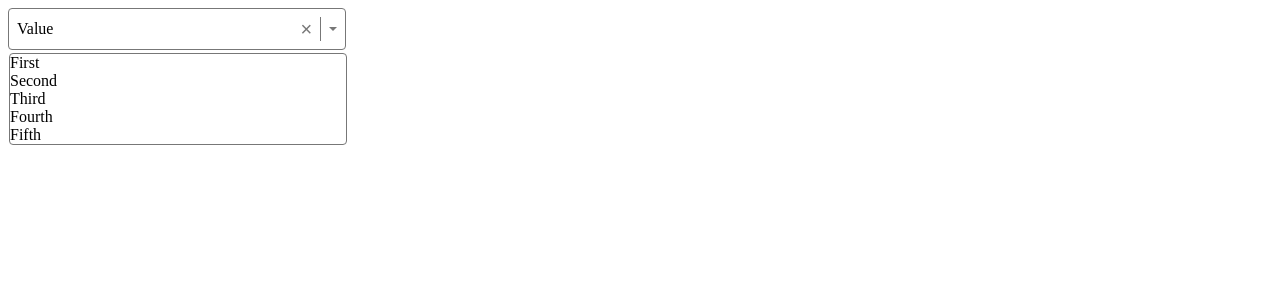
Repository: csabbah/ts-react-custom-select
Page: /
These files come from the project's save history. The page is drawn as it stood at one moment and after the next save; the edit follows.
The browser window is 1280 px wide. The pictures show the whole page.
The project was rebuilt for these pictures with package versions that can differ from the ones it lists, and the page was loaded fresh each time. Also part of the build but not shown: vite.config.ts.

Above is the page before, as saved 2022-12-24 12:01:43.

After the next save:
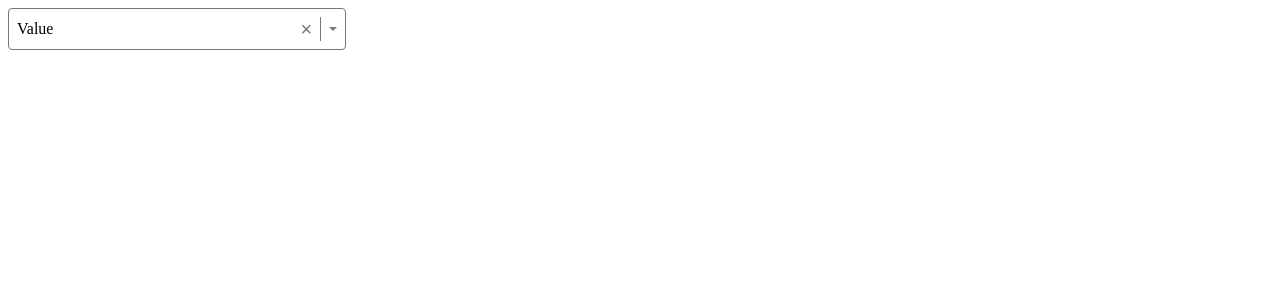
Saved 13 s later.
--- a/src/Select.tsx
+++ b/src/Select.tsx
@@ -19,12 +19,9 @@
         <button className={styles["clear-btn"]}>&times;</button>
         <div className={styles.divider}></div>
         <div className={styles.caret}></div>
-        <ul className={`${styles.options} ${styles.show}`}>
+        <ul className={styles.options}>
           {options.map((option) => (
-            <li
-              key={option.label}
-              className={`${styles.option} ${styles.show}`}
-            >
+            <li key={option.label} className={styles.option}>
               {option.label}
             </li>
           ))}

After the save that followed:
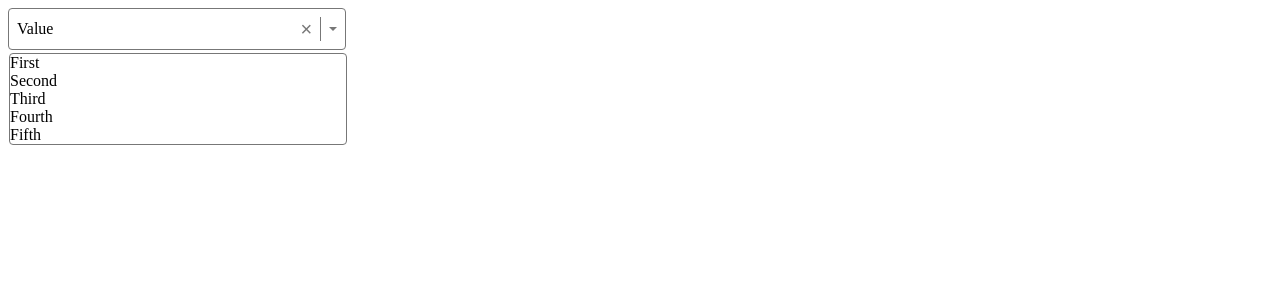
Saved 13 s later.
--- a/src/Select.tsx
+++ b/src/Select.tsx
@@ -19,7 +19,7 @@
         <button className={styles["clear-btn"]}>&times;</button>
         <div className={styles.divider}></div>
         <div className={styles.caret}></div>
-        <ul className={styles.options}>
+        <ul className={`${styles.options} ${styles.show}`}>
           {options.map((option) => (
             <li key={option.label} className={styles.option}>
               {option.label}
